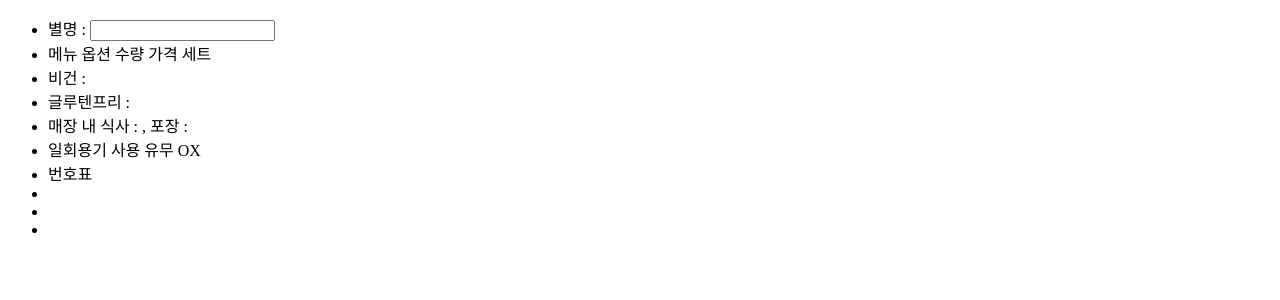
Repository: 1018lmh-hub/java_dynamic
Page: MyFirstWebProject/src/main/webapp/views/burger_request_get.html
These files come from the project's save history. The page is drawn as it stood at one moment and after the next save; the edit follows.
The browser window is 1280 px wide. The pictures show the whole page.

Above is the page before, as saved 2026-05-04 08:33:15.

After the next save:
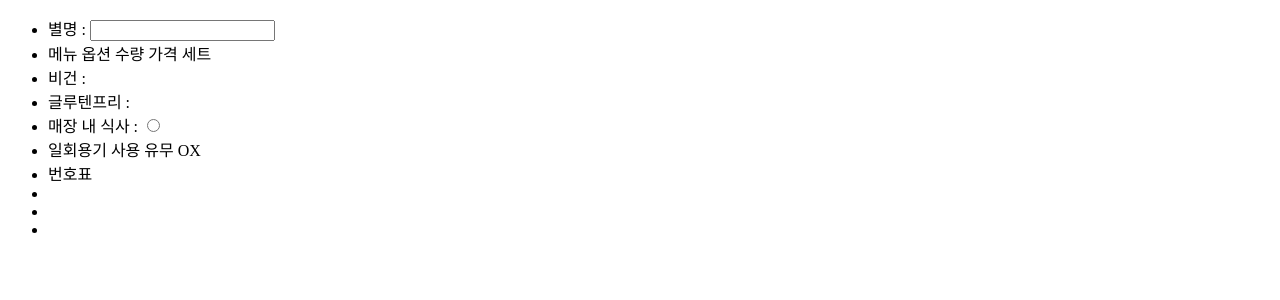
Saved 2 min 5 s later.
--- a/MyFirstWebProject/src/main/webapp/views/burger_request_get.html
+++ b/MyFirstWebProject/src/main/webapp/views/burger_request_get.html
@@ -21,7 +21,7 @@
 				글루텐프리 :
 			</li>
 			<li>
-				매장 내 식사 : , 포장 :
+				매장 내 식사 : <input type="radio" name =  포장 :
 			</li>
 			<li>
 				일회용기 사용 유무 OX
